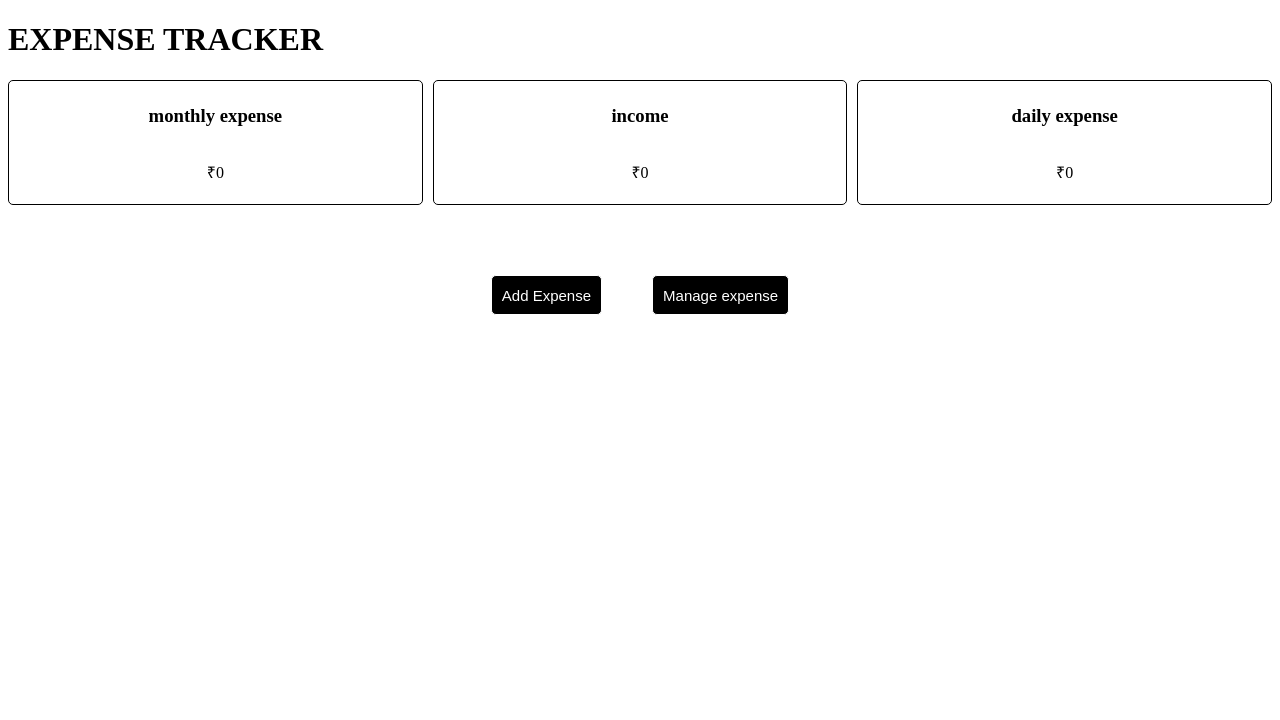
Repository: Gaurav124937/Expense-Tracker
Page: index.html
An editor plug-in stored every save of this project. The page is shown before and after a run of saves, followed by the edit.
The browser window is 1280 px wide. The pictures show the whole page.
After loading, the first visible `button.btn` was clicked once.

Above is the page before, as saved 2026-09-04 15:05:28.
Console error: ReferenceError: showExpenseForm is not defined

### index.html
<!doctype html>
<html lang="en">
  <head>
    <meta charset="UTF-8" />
    <meta name="viewport" content="width=device-width, initial-scale=1.0" />
    <title>Expense tracker</title>
    <link rel="stylesheet" href="style.css" />
    <script src="script.js" defer></script>
  </head>
  <body>
    <h1>EXPENSE TRACKER</h1>
    <div class="grid">
      <section class="section">
        <h3>monthly expense</h3>
        <p>₹0</p>
      </section>

      <section class="section">
        <h3>income</h3>
        <p>₹0</p>
      </section>

      <section class="section">
        <h3>daily expense</h3>
        <p>₹0</p>
      </section>
    </div>

    <div class="buttons-grid">
      <button class="btn add-expense-button" onclick="showExpenseForm()">Add Expense</button>
      <button class="btn manage-expense-button">Manage expense</button>
    </div>

    <form action="get" method="post" class="expense-form form-hidden">
      <div class="form">
        <p>ADD YOUR DETAILS</p>

        <div class="formating">
          <label for="expense">Enter amount</label>
          <input type="number" id="expense" name="expense" />
        </div>

        <div class="formating">
          <label for="description">Enter description</label>
          <input type="text" id="description" name="description" />
        </div>

        <div class="formating">
          <label for="category">Select category</label>
          <select id="category" name="category">
            <option value="food">Food</option>
            <option value="petrol">Petrol</option>
            <option value="shopping">Shopping</option>
            <option value="transport">Transport</option>
            <option value="other">Other</option>
          </select>
        </div>

        <div class="formating">
          <label for="date">Enter date</label>
          <input type="date" id="date" name="date" />
        </div>

        <div class="formating">
          <button class="save-expense-button" type="submit">Save expense</button>
        </div>
      </div>
    </form>
  </body>
</html>

### style.css
.grid {
    display: grid;
    grid-template-columns: repeat(3, 1fr);
    gap: 10px;
}

.section{
    display:flex;
    flex-direction: column;
    align-items: center;
    border-radius: 5px;
    border-color: black;
    border: 1px solid;
    padding: 5px;
}
.buttons-grid{
    display: flex;
    flex-direction: row;
    padding: 50px;
    gap: 10px;
    justify-content: center;
}
.btn{
    padding: 10px;
    border-radius: 5px;
    border-color: black;
    border: 1px solid;
    margin: 20px;
    font-size: 15px;
    block-size: 40px;
    color: white;
    background-color: black;
}
.form{
    display: flex;
    flex-direction: column;
    padding: 20px;

}
.formating{
    display: flex;
    flex-direction: column;
    padding: 5px;
    width: 75%
}
.save-expense-button{
    padding: 10px;
    border-radius: 5px;
    border-color: black;
    border: 1px solid;
    margin-top: 20px;
    font-size: 15px;
    block-size: 40px;
    color: white;
    background-color: black;
    width: 45%;
}
.form-hidden{
    display: none;
}

### script.js
const addExpenseButton = document.querySelector(".add-expense-button");
addExpenseButton.addEventListener("click",function showExpenseForm(){
        expenseForm.classList.toggle("expense-form");


})

const expenseForm = document.querySelector(".expense-form");


const saveExpenseButton = document.querySelector(".save-expense-button");

After the next 2 saves:
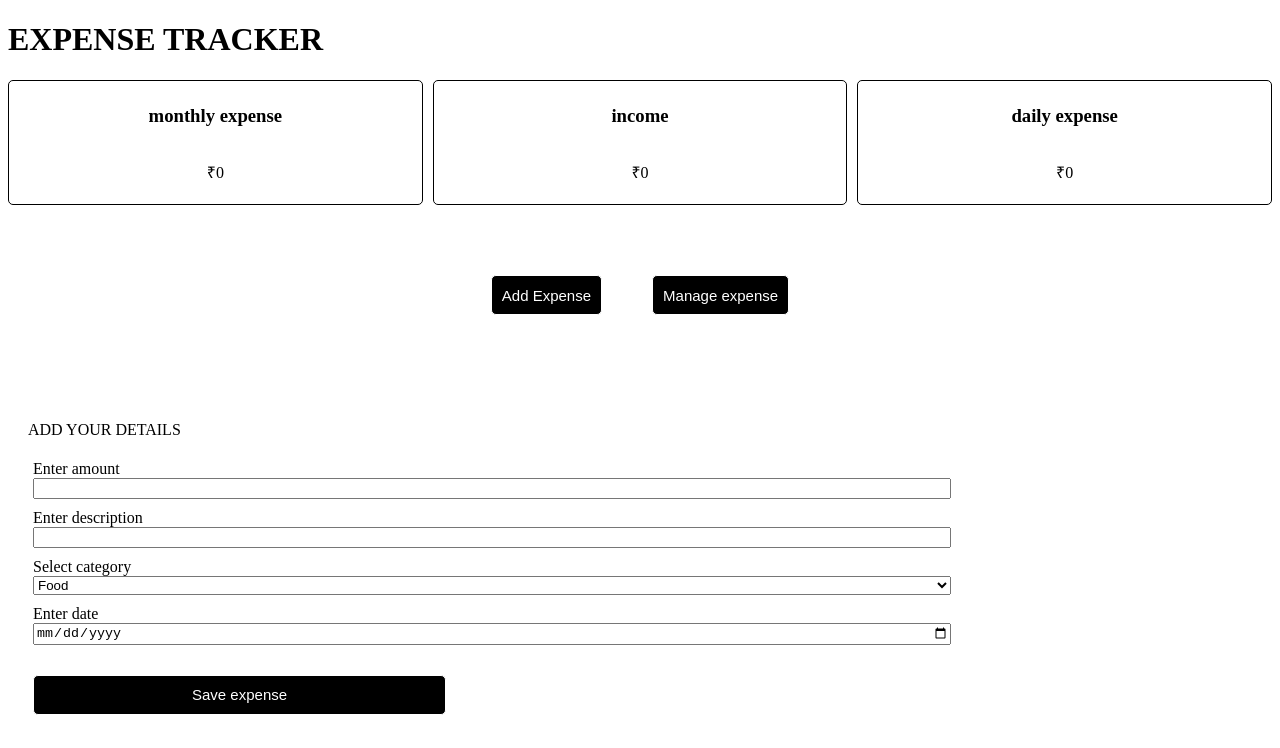
The 2 saves are shown as one change because they came seconds apart.
The last was saved 24 s later.
--- a/script.js
+++ b/script.js
@@ -1,6 +1,6 @@
 const addExpenseButton = document.querySelector(".add-expense-button");
 addExpenseButton.addEventListener("click",function showExpenseForm(){
-        expenseForm.classList.toggle("expense-form");
+        expenseForm.classList.toggle("form-hidden");
 
 
 })
